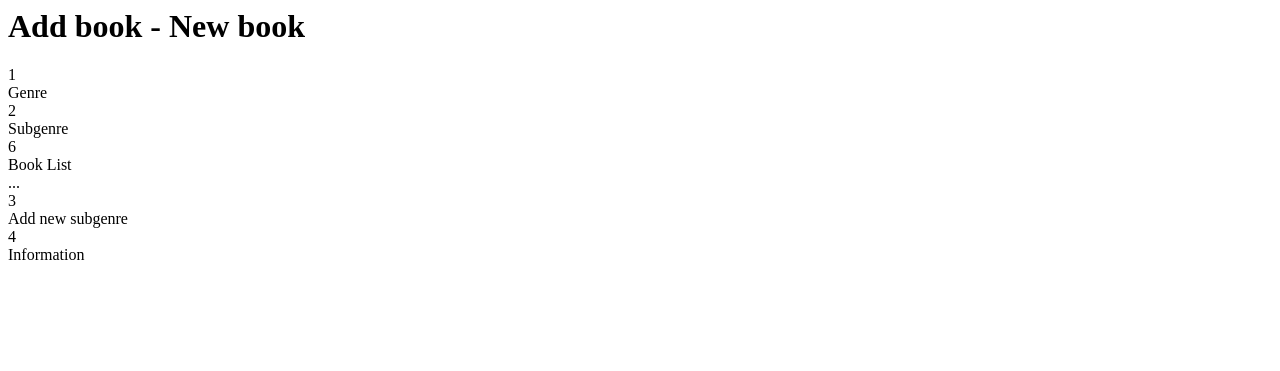
Repository: GregorPiev/angularjs-add-book
Page: app/main/component/main.template.html
An editor plug-in stored every save of this project. The page is shown before and after the next save, followed by the edit.
The browser window is 1280 px wide. The pictures show the whole page.

Above is the page before, as saved 2020-10-05 10:46:13.

After the next save:
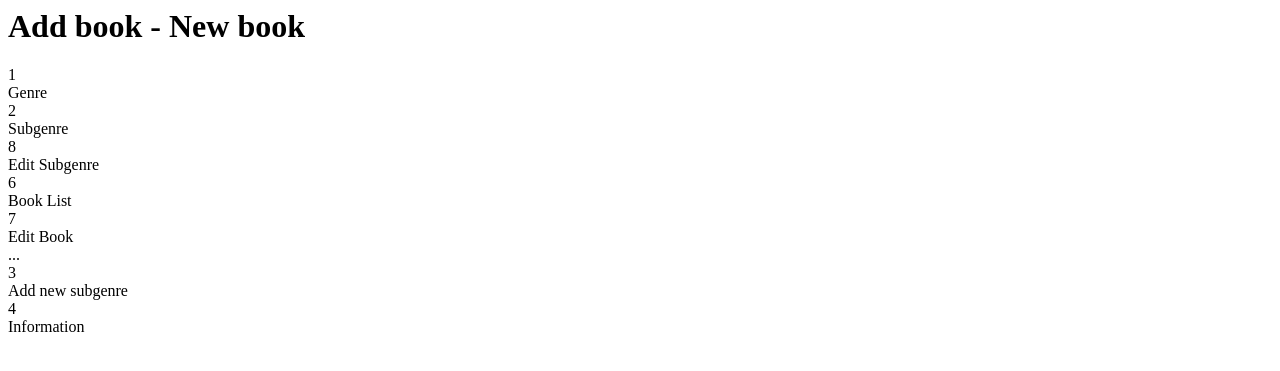
Saved 3 min 30 s later.
--- a/app/main/component/main.template.html
+++ b/app/main/component/main.template.html
@@ -18,9 +18,19 @@
 				Subgenre
 			</div>
 
-			<div class="step" ng-class="{'step-display': step!==6}">
+			<div class="step" ng-class="{'step-display': step!=8}">
+				<div class="step-number" ng-class="{'step-choosed': step==8}">8</div>
+				Edit Subgenre
+			</div>
+
+			<div class="step" ng-class="{'step-display': step!=6}">
 				<div class="step-number" ng-class="{'step-choosed': step==6}">6</div>
 				Book List
+			</div>
+
+			<div class="step" ng-class="{'step-display': step!=7}">
+				<div class="step-number" ng-class="{'step-choosed': step==6}">7</div>
+				Edit Book
 			</div>
 
 			<div
